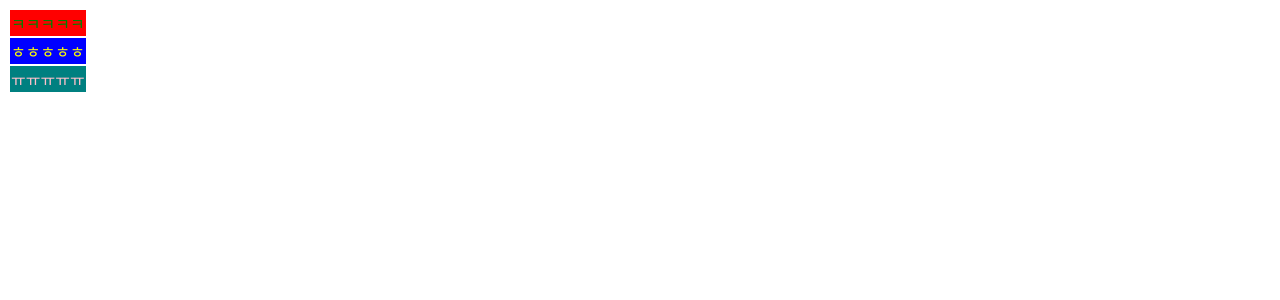
Repository: womss/sexyguy
Page: Spring/Feb13_1_jQuery/WebContent/5_Example.html
An editor plug-in stored every save of this project. The page is shown before and after the next save, followed by the edit.
The browser window is 1280 px wide. The pictures show the whole page.

Above is the page before, as saved 2025-02-13 07:26:22.

After the next save:
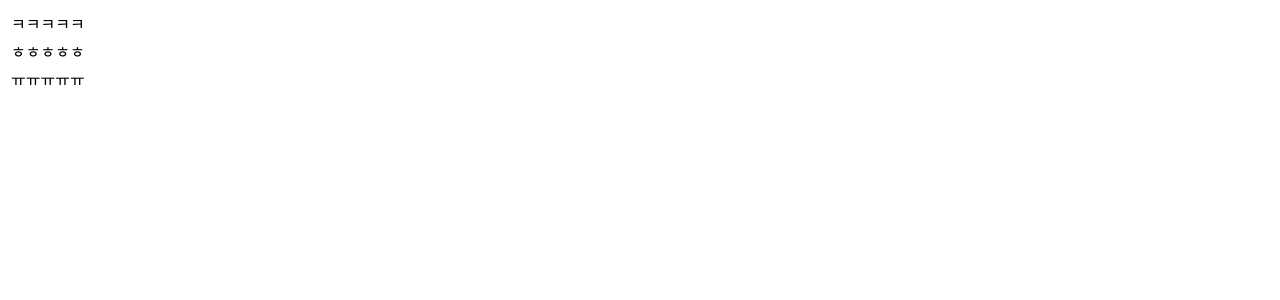
Console error: SyntaxError: Unexpected end of input
Saved 2 min 57 s later.
--- a/Spring/Feb13_1_jQuery/WebContent/5_Example.html
+++ b/Spring/Feb13_1_jQuery/WebContent/5_Example.html
@@ -24,8 +24,8 @@
 		// setInterval()을 이용해서
 		// 처음시작사진 ~ 끝사진까지 한장씩 넘겨가면서 보여주기
 		// 마지막사진을 출력하면 => 다시 처음부터 시작하게!
-
-
+		$("").each(function(i, t) {
+		setInterval(() => {
 
 	});
 </script>
@@ -42,5 +42,6 @@
 			<td>ㅠㅠㅠㅠㅠ</td>
 		</tr>
 	</table>
+	<img src="">
 </body>
 </html>

After the 2 saves that followed:
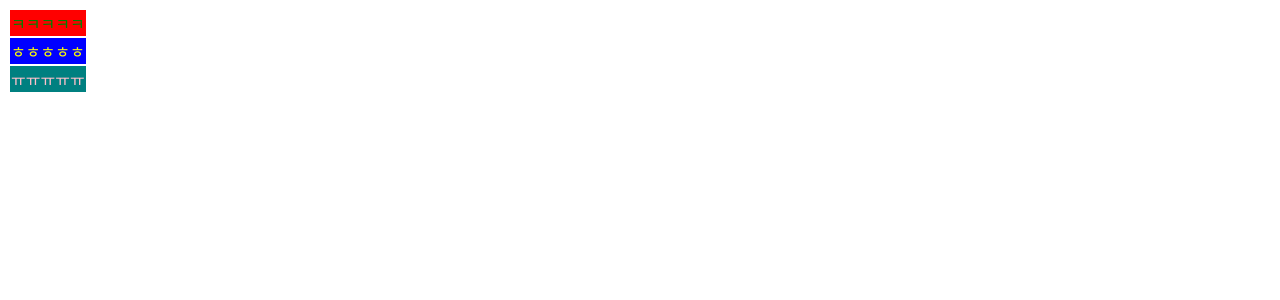
Console error: ReferenceError: s is not defined
The 2 saves are shown as one change because 1 left the picture as it was.
The last was saved 5 min 12 s later.
--- a/Spring/Feb13_1_jQuery/WebContent/5_Example.html
+++ b/Spring/Feb13_1_jQuery/WebContent/5_Example.html
@@ -24,9 +24,9 @@
 		// setInterval()을 이용해서
 		// 처음시작사진 ~ 끝사진까지 한장씩 넘겨가면서 보여주기
 		// 마지막사진을 출력하면 => 다시 처음부터 시작하게!
-		$("").each(function(i, t) {
 		setInterval(() => {
-
+		$(s).$("p"+i).val();
+		}, 100)
 	});
 </script>
 </head>
